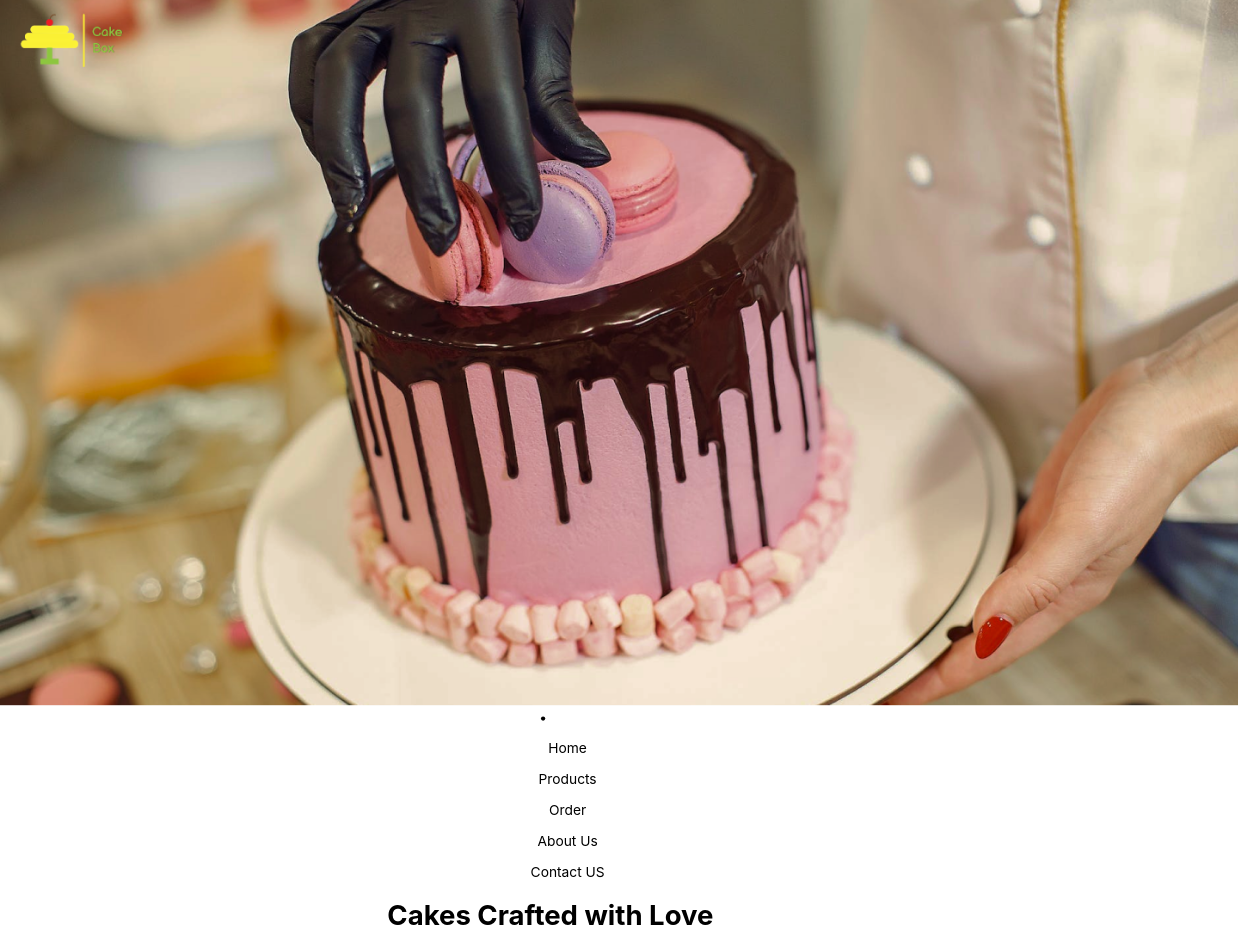
Repository: MEROO1010/cake-box
Page: /
The author's editor kept a copy of each file at every save. The page is drawn from the files as they stood at one save, then again after the next save.
The browser window is 1280 px wide. The page is 1440 px wide, so the pictures cover 1440 px, including what lies to the right of the window. The pictures show the whole page, at 86% of full size.
The project was rebuilt for these pictures with package versions that can differ from the ones it lists, and the page was loaded fresh each time.

Above is the page before, as saved 2023-10-22 12:53:35.

After the next save:
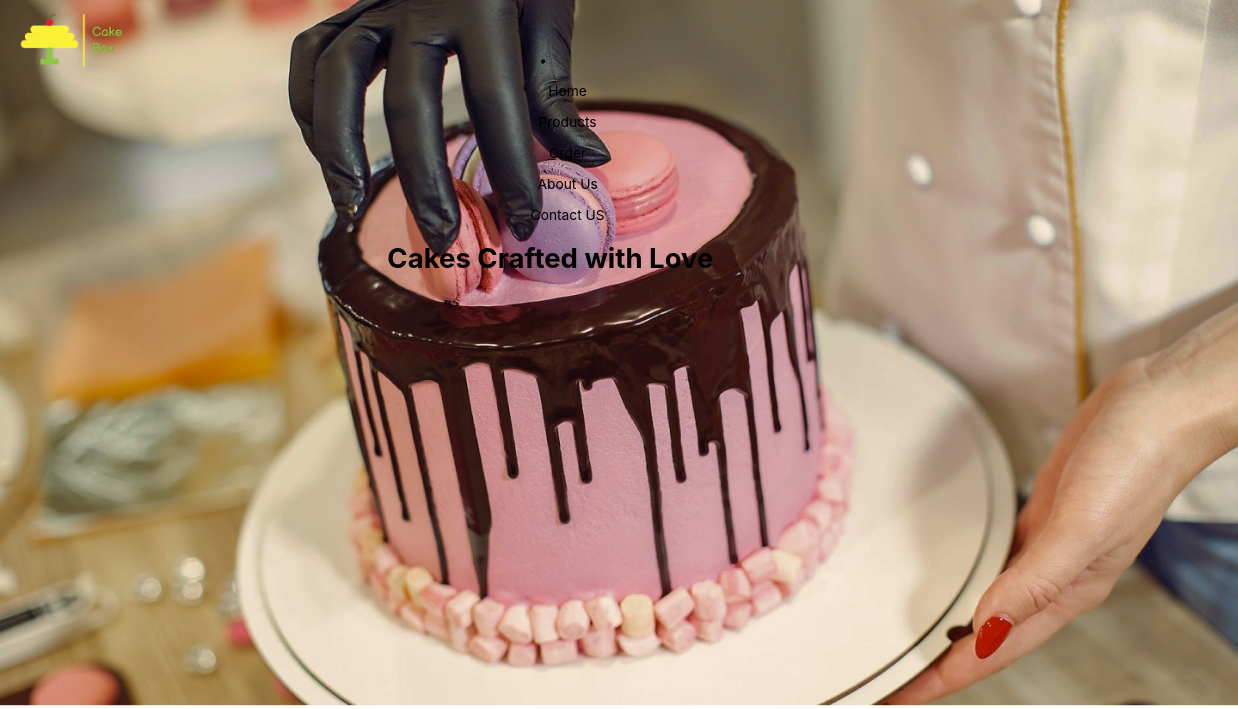
Saved 8 s later.
--- a/src/components/HomePage.jsx
+++ b/src/components/HomePage.jsx
@@ -42,14 +42,11 @@
 `
 
 const IMAGE = styled.div `
+   height: 60px;
    max-width: 100%;
    object-fit: contain;
-   margin-right: 100px;
-
-   max-width:100%;
- width: 100%;
- height: 100%;
- background-size: cover;
+   margin-right: 90px;
+   background-position: cover;
 
 
 
